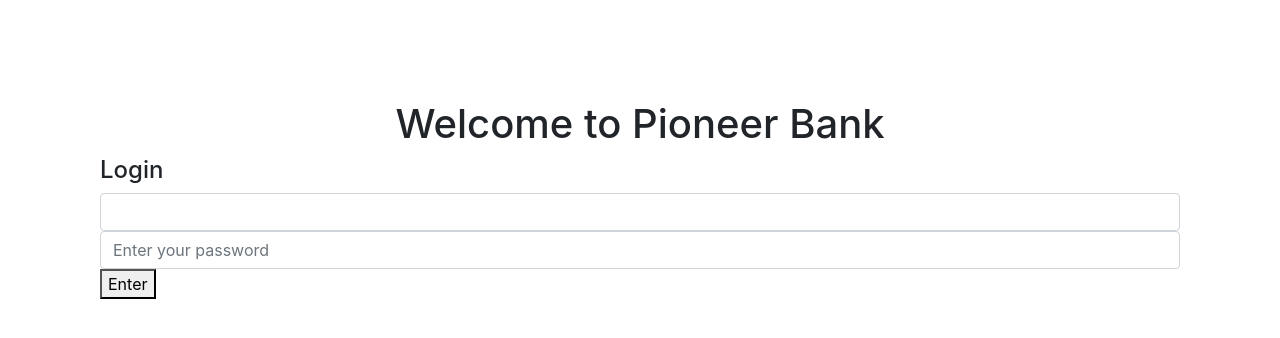
Repository: omarhasnain/pioneer-bank
Page: index.html
The author's editor kept a copy of each file at every save. The page is drawn from the files as they stood at one save, then again after the next save.
The browser window is 1280 px wide. The pictures show the whole page.

Above is the page before, as saved 2021-04-27 17:04:13.

After the next save:
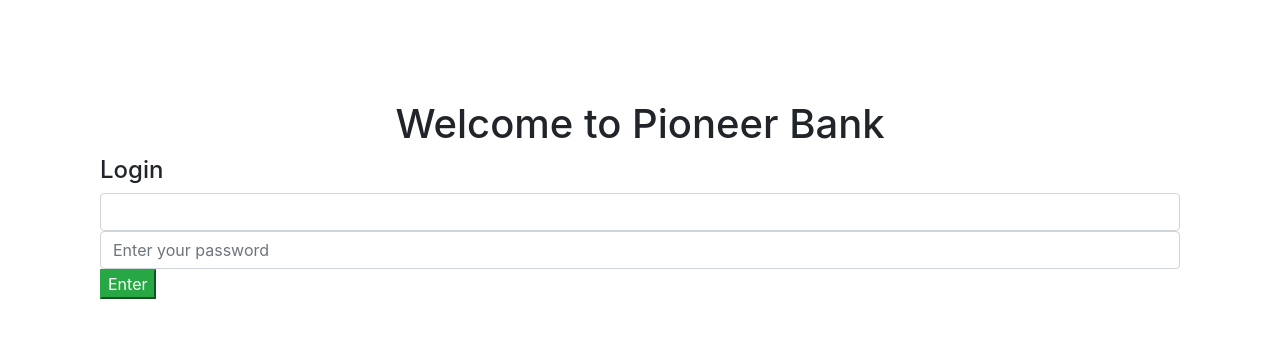
Saved 43 s later.
--- a/index.html
+++ b/index.html
@@ -18,7 +18,7 @@
             <h4>Login</h4>
             <input type="text" class="form-control">
             <input type="password" name="" id="" placeholder="Enter your password" class="form-control">
-            <button>Enter</button>
+            <button class="btn-success">Enter</button>
         </div>
     </div>
 
